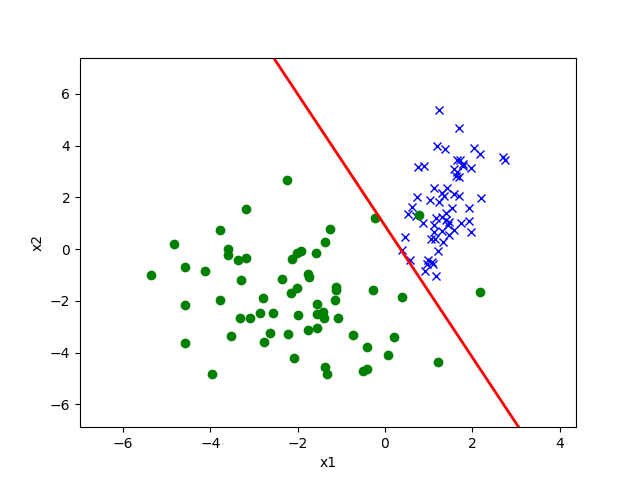
Repository: HypherX/CS229-AUTUMN-2018
Script's output: python PS01/model/p02c、d、e_posonly.py
These files come from the project's save history. The script's output is drawn as it stood at one moment and after the next save; the edit follows.
Each picture stacks the figures in order, with grey between them; figures that are only written to a file come last. Random numbers start from a fixed seed.

Above is the script's output before, as saved 2022-03-07 15:36:16.

### PS01/model/p02c、d、e_posonly.py
import os
os.environ["KMP_DUPLICATE_LIB_OK"]  =  "TRUE"
import numpy as np
import util
from p01b_logreg import LogisticRegression


def main(train_path, valid_path, test_path, pred_path):
    '''
    Problem 2: Logistic regression for incomplete, positive-only labels
    Run under the following conditions:
    1. on y-labels
    2. on l-labels
    3. on l-labels with correction factor alpha
    Args:
    train_path: Path to CSV file containing training set
    valid_path: Path to CSV file containing validation set
    test_path: Path to CSV file containing test set
    pred_path: Path to save predictions
    '''
    # Problem c
    x_train, t_train = util.load_dataset(train_path, label_col='t', add_intercept=True)
    x_test, t_test = util.load_dataset(test_path, label_col='t', add_intercept=True)

    model_c = LogisticRegression()
    model_c.fit(x_train, t_train)

    util.plot(x_test, t_test, model_c.theta, r'C:\Users\WIN10\Desktop\CS229\PS01\image\problem2-(c).png')

    pred_c = model_c.predict(x_test)
    np.savetxt(pred_path, pred_c > 0.5, fmt='%d')


if __name__ == '__main__':
    main('PS01\data\ds3_train.csv', 'PS01\data\ds3_valid.csv', 'PS01\data\ds3_test.csv', r'C:\Users\WIN10\Desktop\CS229\PS01\predict\problem2-(c).txt')

### PS01/model/util.py
from cProfile import label
import matplotlib.pyplot as plt
import numpy as np


def add_intercept(x):
    """
    Add intercept to matrix x
    :param x: 2D numpy array
    :return: New matrix same as x with 1's in the 0th column
    """
    new_x = np.zeros((x.shape[0], x.shape[1] + 1), dtype=x.dtype)
    new_x[:, 0] = 1
    new_x[:, 1:] = x
    return new_x


def load_dataset(csv_path, label_col='y', add_intercept=False):
    """
    Load dataset from a CSV file
    :param csv_path: Path to CSV file containing dataset
    :param lable_col: Name of column to use as labels (should be 'y' or 'l')
    :param add_intercept: Add an intercept entry to x-values
    :return:
        xs: Numpy array of x-values (inputs).
        ys: Numpy array of y-values (labels).
    """

    def add_intercept_fn(x):
        global add_intercept
        return add_intercept(x)

    # Validate label_col argument
    allowed_label_cols = ('y', 't')
    if label_col not in allowed_label_cols:
        raise ValueError('Invalid label_col: {} (expected {})'
                         .format(label_col, allowed_label_cols))

    # Load headers
    with open(csv_path, 'r') as csv_fh:
        headers = csv_fh.readline().strip().split(',')

    # Load features and labels
    x_cols = [i for i in range(len(headers)) if headers[i].startswith('x')]
    l_cols = [i for i in range(len(headers)) if headers[i] == label_col]
    inputs = np.loadtxt(csv_path, delimiter=',', skiprows=1, usecols=x_cols)
    labels = np.loadtxt(csv_path, delimiter=',', skiprows=1, usecols=l_cols)

    if inputs.ndim == 1:
        inputs = np.expand_dims(inputs, -1)

    if add_intercept:
        inputs = add_intercept_fn(inputs)
    return inputs, labels


def plot(x, y, theta1, save_path, theta2=None, legend1=None, legend2=None, correction=1.0):
    """
    Plot dataset and fitted GDA and logistic regression parameters
    :param x: Matrix of training examples, one per row.
    :param y: Vector of labels in {0,1}
    :param theta: Vector of parameters for logistic regression model
    :param save_path: Path to save the plot
    :param correction: Correction factor to apply (Problem 2(e) only)
    """
    # Plot dataset
    plt.figure()
    plt.plot(x[y == 1, -2], x[y == 1, -1], 'bx', linewidth=2)
    plt.plot(x[y == 0, -2], x[y == 0, -1], 'go', linewidth=2)

    # Plot decision boundary (found by solving for theta^T x = 0): Logistic regression
    margin1 = (max(x[:, -2]) - min(x[:, -2])) * 0.2
    margin2 = (max(x[:, -1]) - min(x[:, -1])) * 0.2
    x1 = np.arange(min(x[:, -2]) - margin1, max(x[:, -2]) + margin1, 0.01)
    x2 = -(theta1[0] / theta1[2] * correction + theta1[1] / theta1[2] * x1)
    plt.plot(x1, x2, c='red', label=legend1, linewidth=2)

    # Plot decision boundary (found by solving for theta^T x = 0): GDA
    if theta2 is not None:
        x3 = np.arange(min(x[:, -2]) - margin1, max(x[:, -2]) + margin1, 0.01)
        x4 = -(theta2[0] / theta2[2] * correction + theta2[1] / theta2[2] * x3)
        plt.plot(x3, x4, c='black', label=legend2, linewidth=2)

    # Set axis range
    plt.xlim(x[:, -2].min() - margin1, x[:, -2].max() + margin1)
    plt.ylim(x[:, -1].min() - margin2, x[:, -1].max() + margin2)

    # Add labels and save to disk
    plt.xlabel('x1')
    plt.ylabel('x2')
    plt.savefig(save_path)

### PS01/model/p01b_logreg.py
from linear_model import LinearModel
import util
import numpy as np


class LogisticRegression(LinearModel):
    """
    Logistic regression with Newton's Method as the solver.
    """

    def fit(self, x, y):
        """
        Run Newton's Method to minimize J(theta) for logistic regression
        :param x: Training example inputs. Shape: (m,n)
        :param y: Training example labels. Shape: (m,)
        """
        # Init theta
        m, n = x.shape
        self.theta = np.zeros(n)

        # Newton's method
        while True:
            # Save old theta
            theta_old = np.copy(self.theta)

            # Compute Hessian Matrix
            h_x = 1 / (1 + np.exp(np.dot(-x, self.theta)))
            H = (x.T * h_x * (1 - h_x)).dot(x) / m
            gradient_J_theta = x.T.dot(h_x - y) / m

            # Update theta
            self.theta -= np.linalg.inv(H).dot(gradient_J_theta)

            # End training
            if np.linalg.norm(self.theta - theta_old, ord=1) < self.eps:
                break

    def predict(self, x):
        '''
        Make a prediction given new inputs x.
        :param x: Inputs of shape (m,n)
        :return: Outputs of shape (m,)
        '''
        return 1 / (1 + np.exp(-x.dot(self.theta)))


def main(train_path, eval_path, pred_path):
    '''
    Problem 1(b): Logistic regression with Newton's Method.
    :param train_path: Path to CSV file containing dataset for training
    :param eval_path: Path to CSV file containing dataset for evaluation
    :param pred_path: Path to save predictions
    '''
    x_train, y_train = util.load_dataset(train_path, add_intercept=True)

    # Train logistic regression
    model = LogisticRegression()
    model.fit(x_train, y_train)

    # Plot data and decision boundary
    util.plot(x_train, y_train, model.theta, r'C:\Users\WIN10\Desktop\CS229\PS01\image\train_lr_dataset1.png')

    # Save predictions
    x_eval, y_eval = util.load_dataset(eval_path, add_intercept=True)
    y_pred = model.predict(x_eval)
    y_pred = (y_pred > 0.5) + 0
    accuracy = sum(y_pred == y_eval) / len(y_eval)
    print(accuracy)
    # accuracy 0.9

    # Plot data and decision boundary
    util.plot(x_eval, y_eval, model.theta, r'C:\Users\WIN10\Desktop\CS229\PS01\image\valid_lr_dataset1.png')

    np.savetxt(pred_path, y_pred, fmt='%d')


if __name__ == '__main__':
    main('PS01\data\ds1_train.csv', 'PS01\data\ds1_valid.csv', r'C:\Users\WIN10\Desktop\CS229\PS01\predict\predict_lr_dataset1.txt')

### PS01/model/linear_model.py
class LinearModel(object):
    """
    base class for linear model
    """

    def __init__(self, step_size=0.2, max_iter=100, eps=1e-5,
                 theta_0=None, verbose=True):
        """
        Args:
        :param step_size: Step size for iterative solvers only
        :param max_iter: Maximum number of iteration for the solver
        :param eps: Threshold for determining convergence
        :param theta_0: Initial guess for theta. If None, use the zero vevtor
        :param verbose: Print loss values during training
        """
        self.theta = theta_0
        self.step_size = step_size
        self.max_iter = max_iter
        self.eps = eps
        self.verbose = verbose

    def fit(self, x, y):
        """
        Run solver to fit linear model
        :param X: Training example inputs. Shape: (m,n)
        :param y: Training example labels. Shape: (m,)
        """
        raise NotImplementedError('Subclass of LinearModel must implement fit method')

    def predict(self, x):
        """
        Make a prediction given new inputs x
        :param x: Inputs of shape (m,n)
        :return: Outputs of shape (m,)
        """
        raise NotImplementedError('Subclass of LinearModel must implement predict method')

Loaded but not shown: PS01/data/ds3_train.csv (common file); PS01/data/ds3_test.csv (common file)

After the next save:
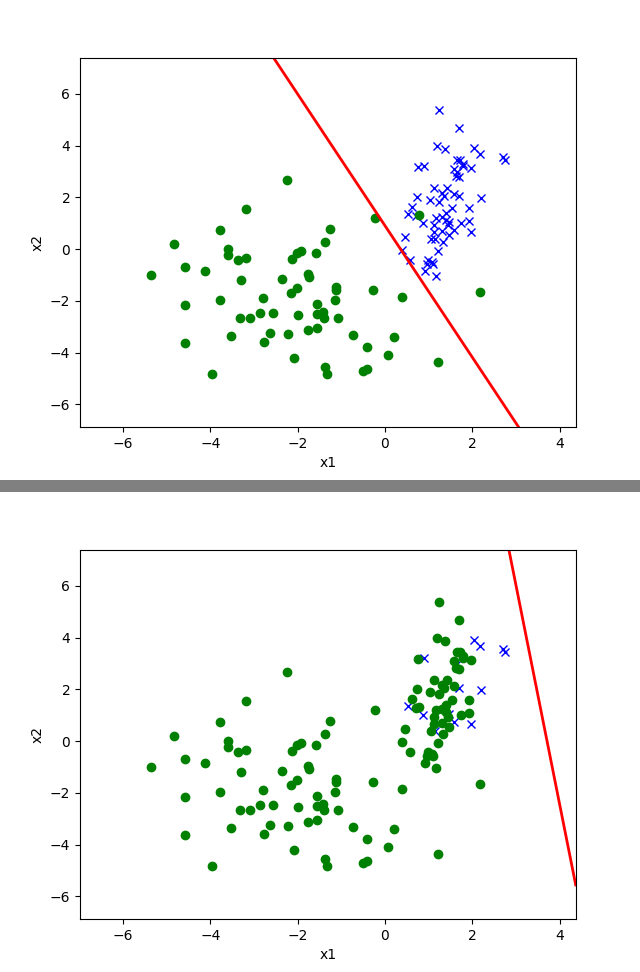
Saved 57 min 47 s later.
--- a/PS01/model/p02c、d、e_posonly.py
+++ b/PS01/model/p02c、d、e_posonly.py
@@ -5,7 +5,7 @@ import util
 from p01b_logreg import LogisticRegression
 
 
-def main(train_path, valid_path, test_path, pred_path):
+def main_c(train_path, valid_path, test_path, pred_path):
     '''
     Problem 2: Logistic regression for incomplete, positive-only labels
     Run under the following conditions:
@@ -31,5 +31,32 @@ def main(train_path, valid_path, test_path, pred_path):
     np.savetxt(pred_path, pred_c > 0.5, fmt='%d')
 
 
+def main_d(train_path, valid_path, test_path, pred_path):
+    '''
+    Problem 2: Logistic regression for incomplete, positive-only labels
+    Run under the following conditions:
+    1. on y-labels
+    2. on l-labels
+    3. on l-labels with correction factor alpha
+    Args:
+    train_path: Path to CSV file containing training set
+    valid_path: Path to CSV file containing validation set
+    test_path: Path to CSV file containing test set
+    pred_path: Path to save predictions
+    '''
+    # Problem c
+    x_train, y_train = util.load_dataset(train_path, label_col='y', add_intercept=True)
+    x_test, y_test = util.load_dataset(test_path, label_col='y', add_intercept=True)
+
+    model_d = LogisticRegression()
+    model_d.fit(x_train, y_train)
+
+    util.plot(x_test, y_test, model_d.theta, r'C:\Users\WIN10\Desktop\CS229\PS01\image\problem2-(d).png')
+
+    pred_d = model_d.predict(x_test)
+    np.savetxt(pred_path, pred_d > 0.5, fmt='%d')
+
+
 if __name__ == '__main__':
-    main('PS01\data\ds3_train.csv', 'PS01\data\ds3_valid.csv', 'PS01\data\ds3_test.csv', r'C:\Users\WIN10\Desktop\CS229\PS01\predict\problem2-(c).txt')
+    main_c('PS01\data\ds3_train.csv', 'PS01\data\ds3_valid.csv', 'PS01\data\ds3_test.csv', r'C:\Users\WIN10\Desktop\CS229\PS01\predict\problem2-(c).txt')
+    main_d('PS01\data\ds3_train.csv', 'PS01\data\ds3_valid.csv', 'PS01\data\ds3_test.csv', r'C:\Users\WIN10\Desktop\CS229\PS01\predict\problem2-(d).txt')
